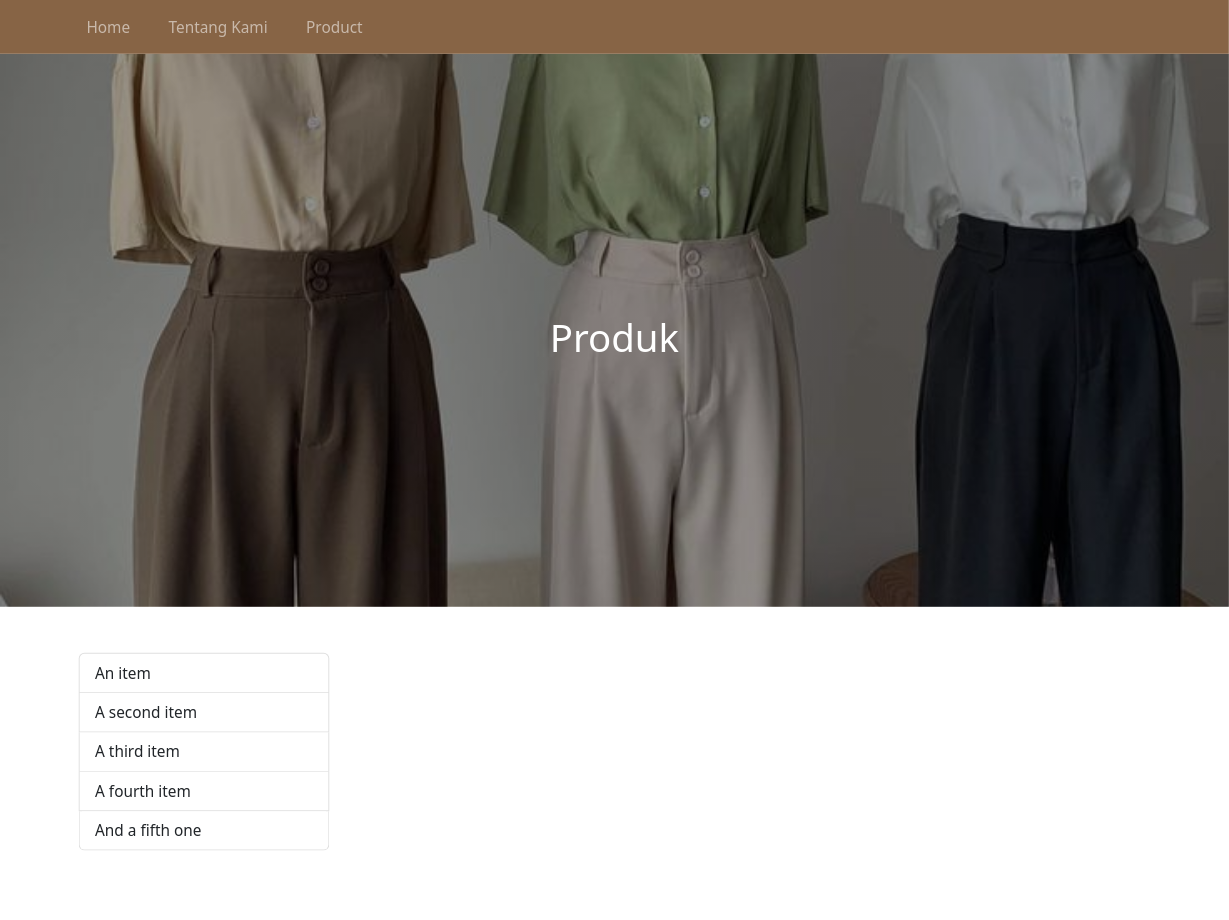
Repository: herman165/tugas_uas
Page: http://localhost/produk.php
An editor plug-in stored every save of this project. The page is shown before and after a run of saves, followed by the edit.
The browser window is 1280 px wide. The pictures show the whole page, at 96% of full size.
The page is run by PHP 8.4 with error messages shown; the project is at /var/www/html/.

Above is the page before, as saved 2024-12-11 03:21:07.

After the next 2 saves:
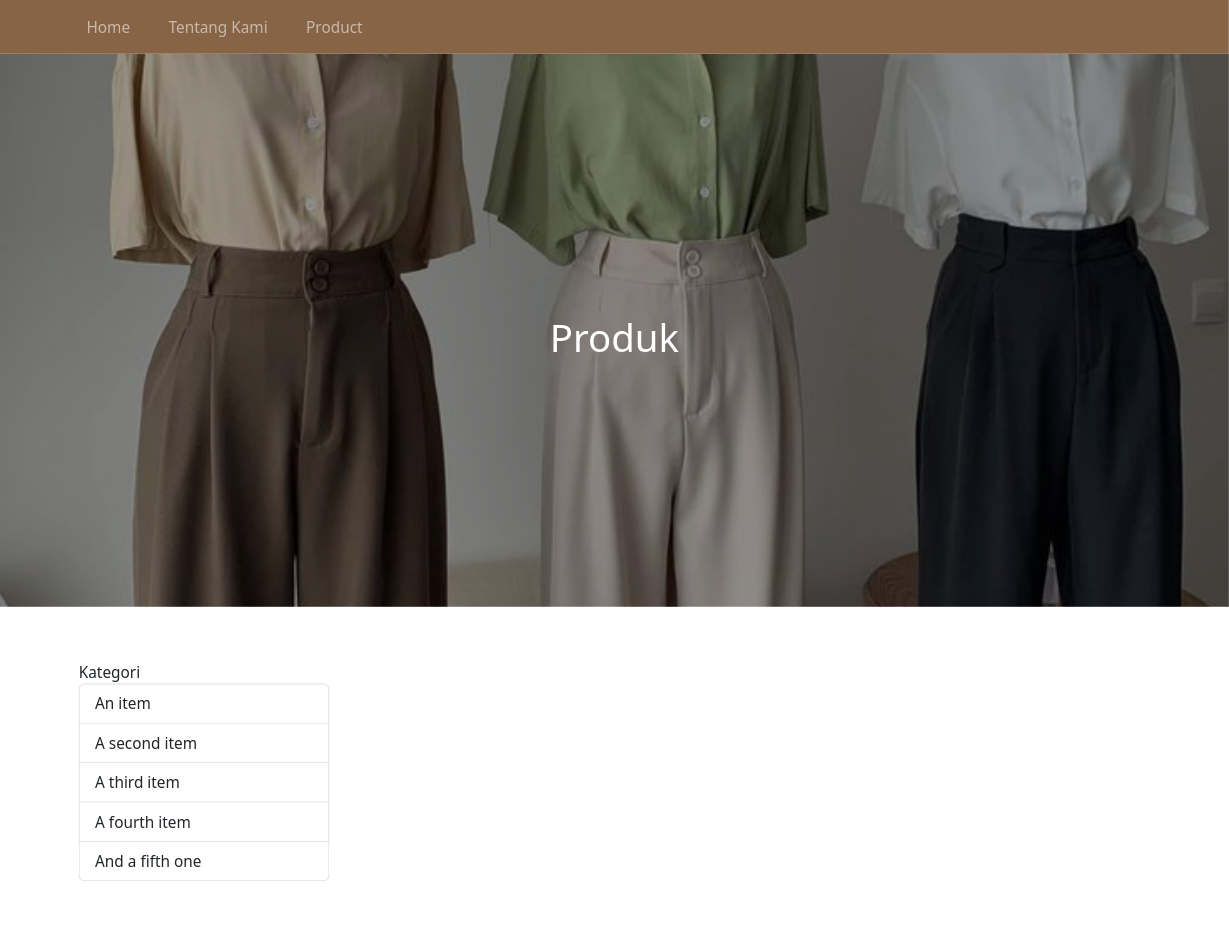
The 2 saves are shown as one change because they came seconds apart.
The last was saved 9 s later.
--- a/produk.php
+++ b/produk.php
@@ -24,7 +24,7 @@
         <div class="container py-5">
             <div class="row">
                 <div class="col-md-3 mb-4">
-
+                    <h4></h4>Kategori</h4>
                     <ul class="list-group">
                         <li class="list-group-item">An item</li>
                         <li class="list-group-item">A second item</li>

After the save that followed:
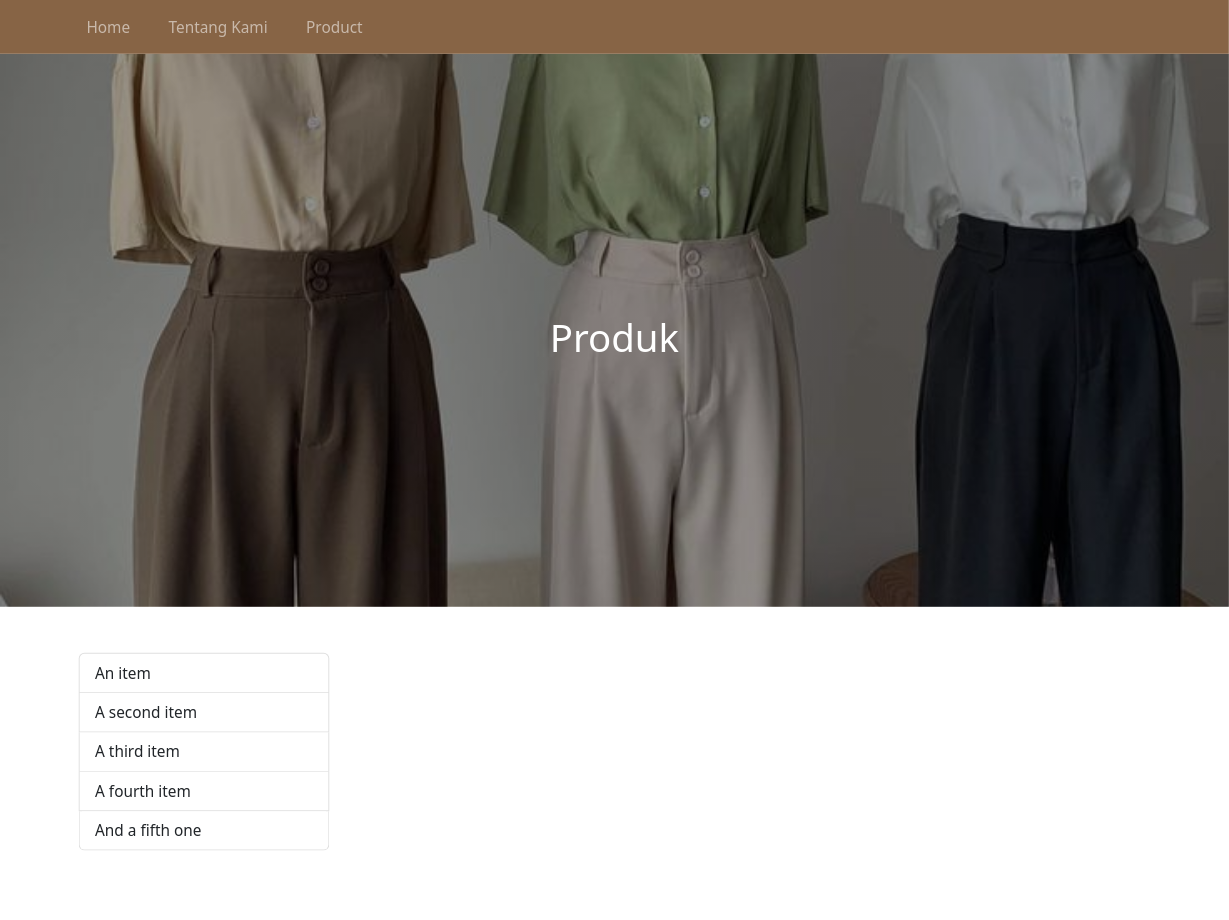
Saved 13 s later.
--- a/produk.php
+++ b/produk.php
@@ -24,7 +24,7 @@
         <div class="container py-5">
             <div class="row">
                 <div class="col-md-3 mb-4">
-                    <h4></h4>Kategori</h4>
+                    <hKategori></hKategori</h4>
                     <ul class="list-group">
                         <li class="list-group-item">An item</li>
                         <li class="list-group-item">A second item</li>
